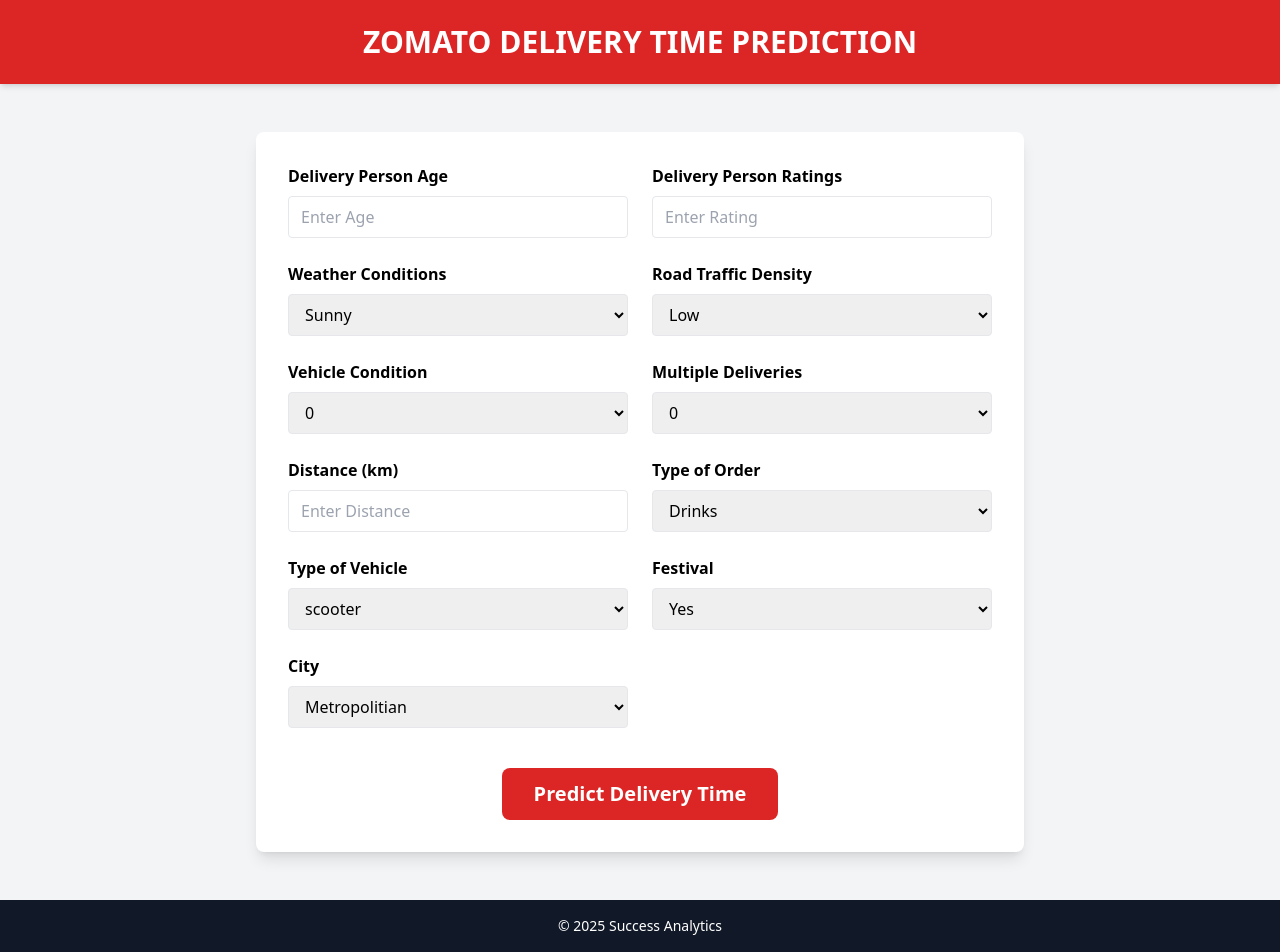
Repository: suyashnemade/deliverytimeprediction
Page: templates/form.html
The author's editor kept a copy of each file at every save. The page is drawn from the files as they stood at one save, then again after the next save.
The browser window is 1280 px wide. The pictures show the whole page.
Some web libraries are served in a nearby version. The page is served by the project's application, run on Flask 3 (log.py). The template is opened directly, without the code that normally fills it, so the values that code supplies are empty.

Above is the page before, as saved 2025-08-16 02:25:57.

After the next save:
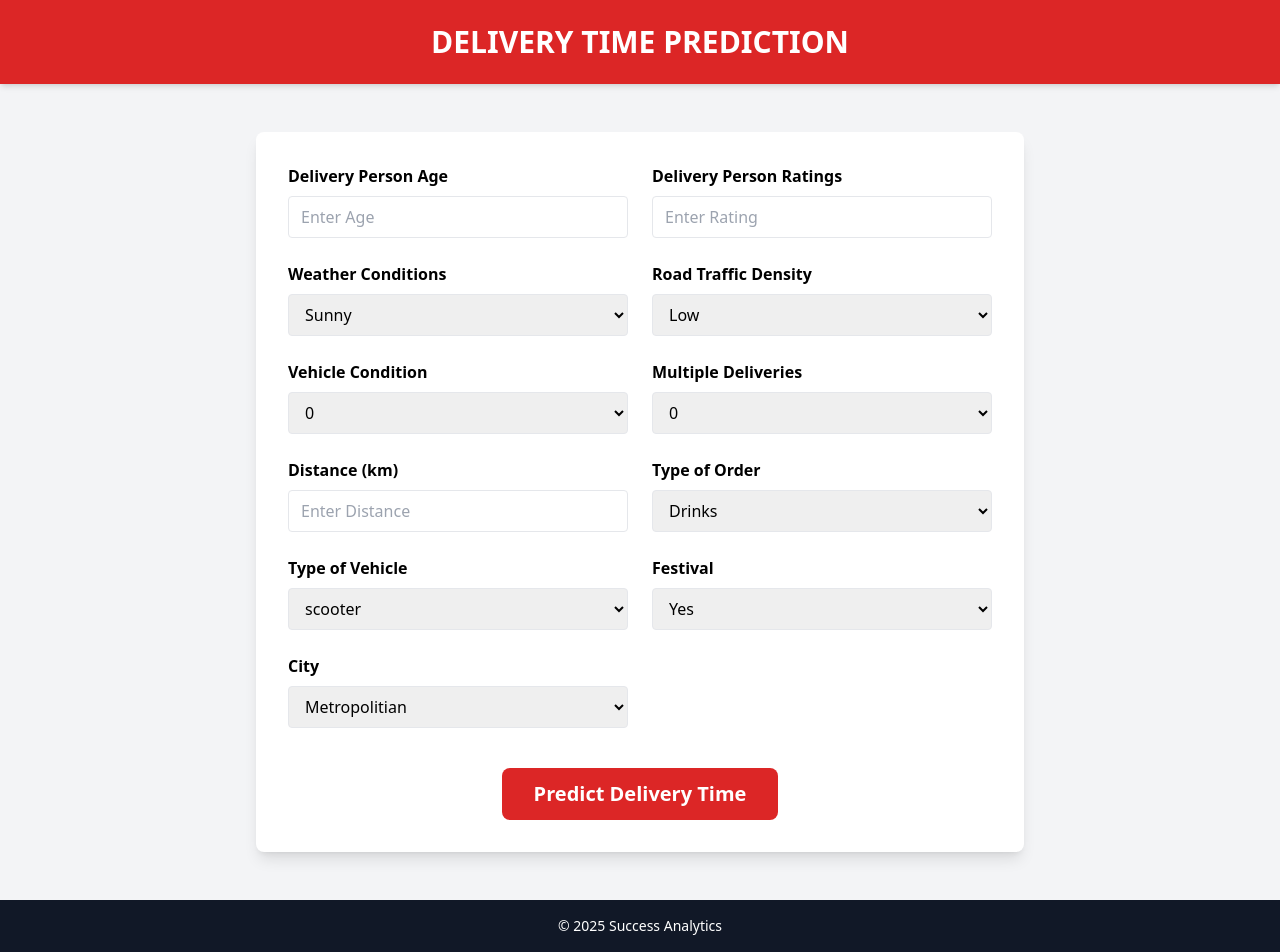
Saved 27 s later.
--- a/templates/form.html
+++ b/templates/form.html
@@ -10,7 +10,7 @@
 
     <!-- Header -->
     <header class="bg-red-600 text-white py-6 shadow-md">
-        <h1 class="text-3xl text-center font-bold">ZOMATO DELIVERY TIME PREDICTION</h1>
+        <h1 class="text-3xl text-center font-bold">DELIVERY TIME PREDICTION</h1>
     </header>
 
     <!-- Main Form -->
